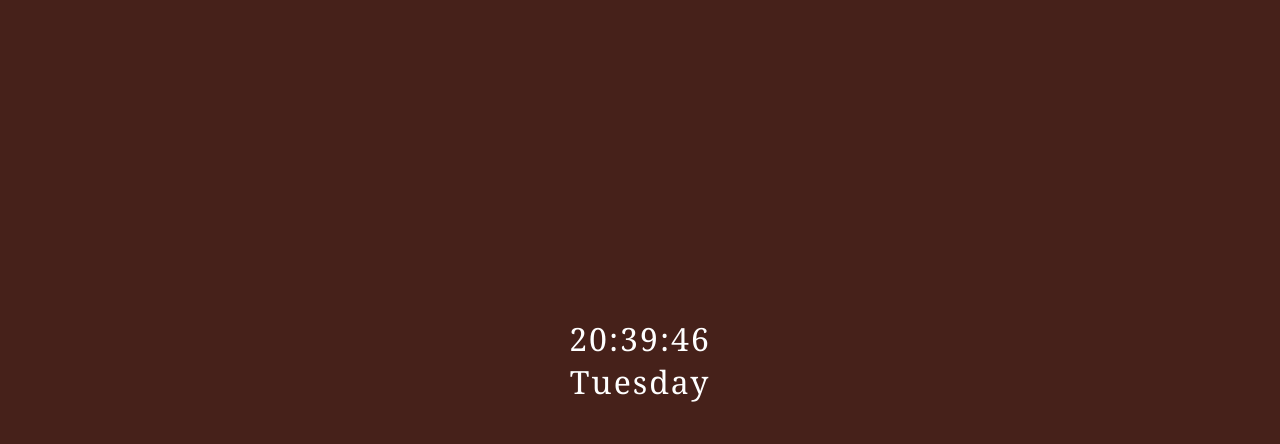
Repository: qtqqrdy13/clock
Page: index.html
These files come from the project's save history. The page is drawn as it stood at one moment and after the next save; the edit follows.
The browser window is 1280 px wide. The pictures show the whole page.

Above is the page before, as saved 2023-11-21 20:45:51.

After the next save:
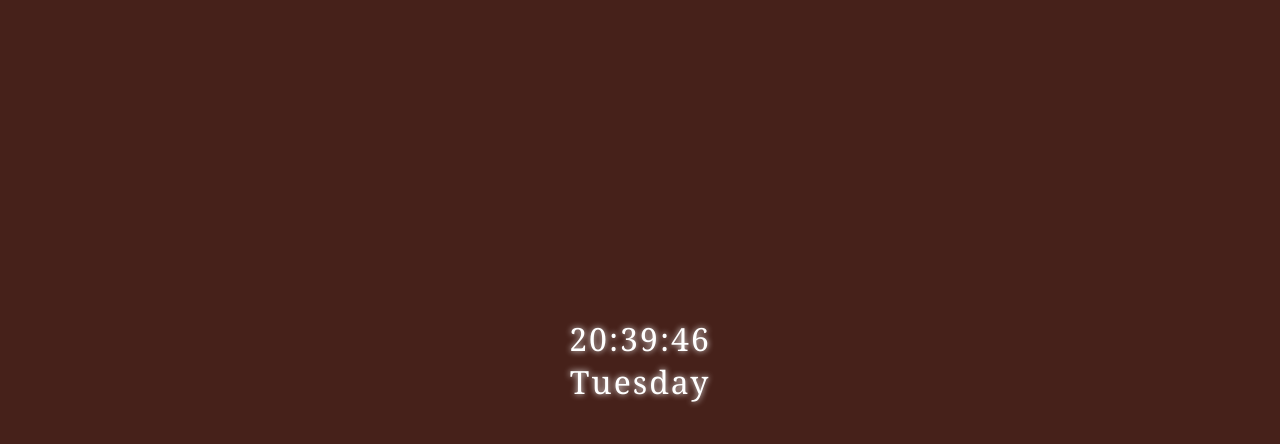
Saved 24 s later.
--- a/style.css
+++ b/style.css
@@ -16,4 +16,5 @@
     margin: 20px;
     padding: 40px;
     width: 185px;
+    text-shadow: 0 0 6px white;
 }
